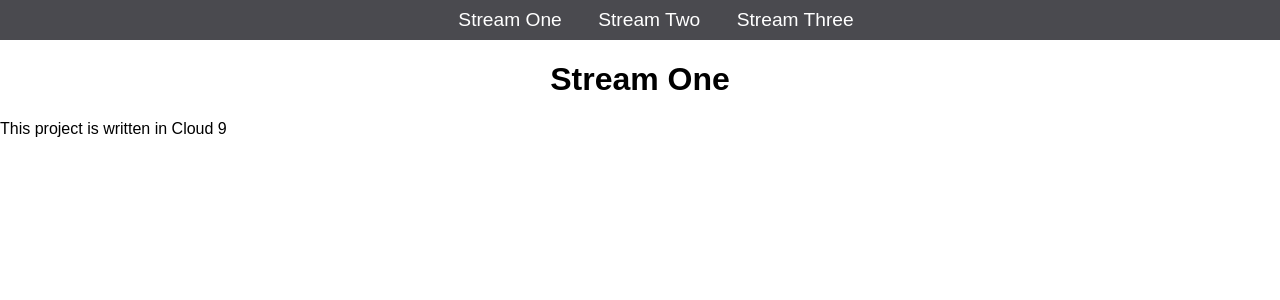
Repository: lennoneb/my-first-website
Page: stream-one.html
The author's editor kept a record of every edit. The page is drawn from the files as they stood at one moment, then again after the next edit.
The browser window is 1280 px wide. The pictures show the whole page.

Above is the page before.

### stream-one.html
<!DOCTYPE html>
<html>
    <head>
        <title>Stream One</title>
        <link rel="stylesheet" href="css/style.css" type="text/css" />
    </head>

    <body>
        <nav>
            <ul>
                <li><a href="stream-one.html">Stream One</a></li>
                <li><a href="stream-two.html">Stream Two</a></li>
                <li><a href="stream-three.html">Stream Three</a></li>
            </ul>
        </nav>
        <h1>Stream One</h1>
        <p>This project is written in Cloud 9</p>
    </body>

</html>

### css/style.css
body {
    margin: 0;
    padding: 0;
    font-family: "Oswald", sans-serif;
}

nav ul {
    list-style: none;
    background-color: #4a4a4f;
    text-align: center;
    margin: 0;
    padding: 0;
}

nav li {
    font-size: 1.2em;
    line-height: 40px;
    height: 40px;
    display: inline-block;
    margin-left: 2.5%;
}

nav a {
    text-decoration: none;
    color: #ffffff;
    display: block;
}

nav a:hover {
    background-color: #ffffff;
    color: #4a4a4f;
}

.card {
    float: left;
    width: 20%;
    margin-left: 10%
}

card a {
    text-align: center;
}

img {
    width: 100%;
}

h1 { text-align: center;
}

After the next edit:
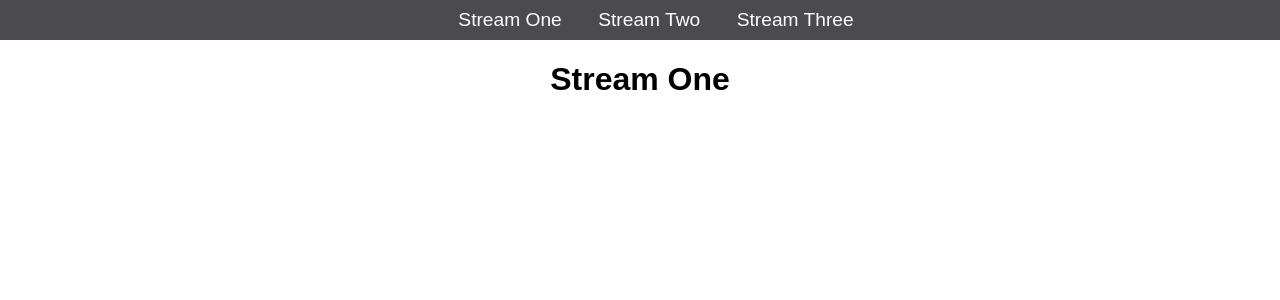
The edit:
--- a/stream-one.html
+++ b/stream-one.html
@@ -14,7 +14,12 @@
             </ul>
         </nav>
         <h1>Stream One</h1>
-        <p>This project is written in Cloud 9</p>
+        <div class="card">
+            <a href="">
+                <img />
+                <h2></h2>
+            </a>
+        </div>
     </body>
 
 </html>
